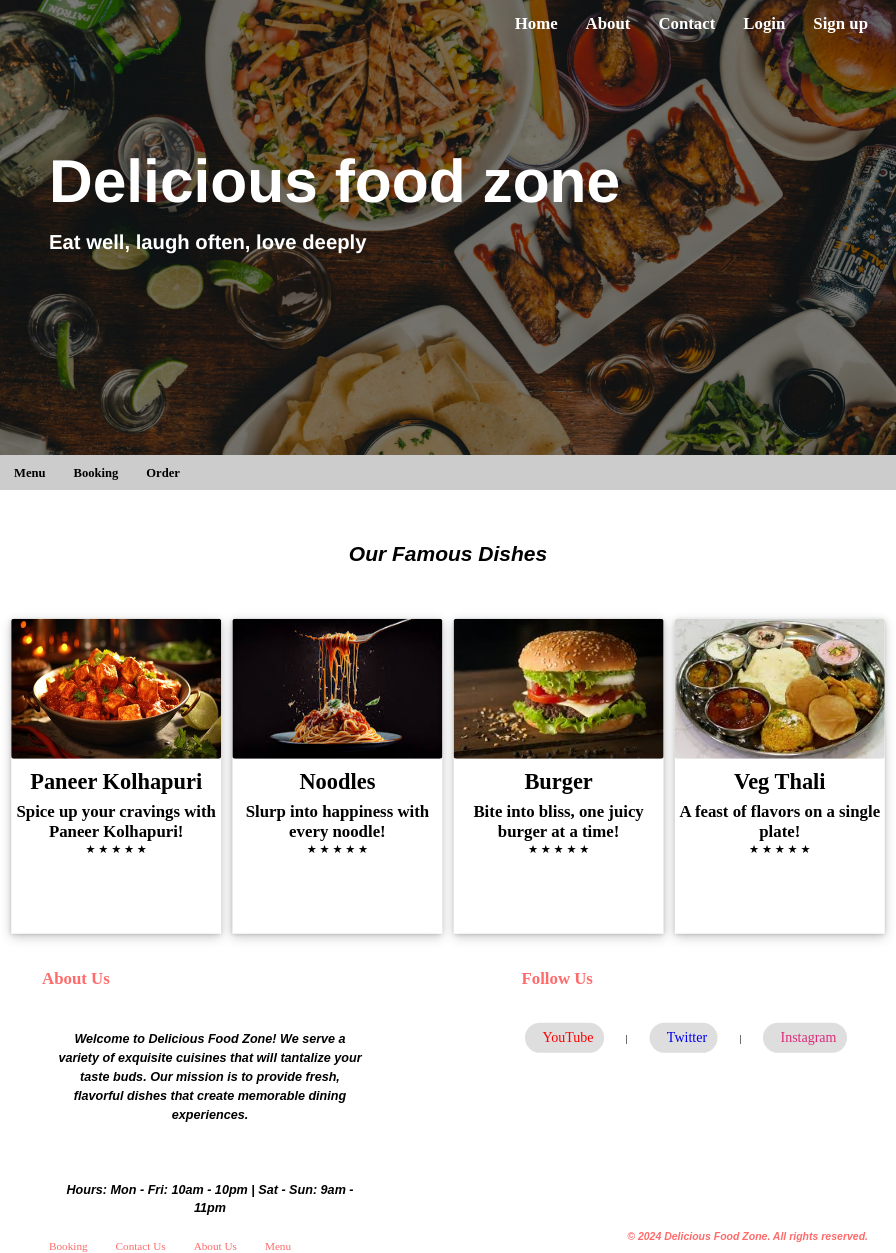
Repository: Shreya-Bonde/Restaurant-management-system
Page: index.html
An editor plug-in stored every save of this project. The page is shown before and after the next save, followed by the edit.
The browser window is 1280 px wide. The pictures show the whole page, at 70% of full size.

Above is the page before, as saved 2024-11-08 23:25:02.

### index.html
<!DOCTYPE html>
<html lang="en">
<head>
    <meta charset="UTF-8">
    <meta name="viewport" content="width=device-width, initial-scale=1.0">
    <title>Document</title>
    <link rel="stylesheet" href="style.css">
    <link rel="stylesheet" href="script.js">
</head>
<body>
    <header>
        <div class="banner-container">
                <nav class="navbar">
                    <ul>
                        <li><a href="#home">Home</a></li>
                        <li><a href="/about.html">About</a></li>
                        <li><a href="/contact.html">Contact</a></li>
                        <li><a href="/login.html">Login</a></li>
                        <li><a href="/sign.html">Sign up</a></li>
                    </ul>
                </nav>
                <div class="centered-text">
                    <h1>Delicious food zone</h1>
                    <h6>Eat well, laugh often, love deeply</h6>
                </div>
         </div>
         <div class="nav-bar">
            <nav>
                <a class="menu-btn" href="#famous-dishes" id="menu-link">Menu</a>
                <a class="menu-btn" href="/booking.html">Booking</a>
                <a class="menu-btn" href="order.html">Order</a>
            </nav>
         </div>
    </header>
        <p>Our Famous Dishes</p>
        <div id="famous-dishes" class="Flex">
            <div class="flex-item fitem1">
            <a href="/panner.html">
                <img src="paneer kolhapuri.jpg" alt="Paneer Kolhapuri">
                <h1>Paneer Kolhapuri</h1>
                <h2>Spice up your cravings with Paneer Kolhapuri!</h2>
            </a>
                <!-- <div class="rating">
                    <span class="star" data-value="5">&#9733;</span>
                    <span class="star" data-value="4">&#9733;</span>
                    <span class="star" data-value="3">&#9733;</span>
                    <span class="star" data-value="2">&#9733;</span>
                    <span class="star" data-value="1">&#9733;</span>
                </div> -->
                <div class="star-rating">
                    <span class="star" data-value="1">&#9733;</span>
                    <span class="star" data-value="2">&#9733;</span>
                    <span class="star" data-value="3">&#9733;</span>
                    <span class="star" data-value="4">&#9733;</span>
                    <span class="star" data-value="5">&#9733;</span>
                </div>
            </div>
            <div class="flex-item fitem2">
            <a href="/noodles.html">
                <img src="noodles1.jpg" alt="Noodles">
                <h1>Noodles</h1>
                <h2>Slurp into happiness with every noodle!</h2>
            </a>
                <div class="rating">
                    <span class="star" data-value="5">&#9733;</span>
                    <span class="star" data-value="4">&#9733;</span>
                    <span class="star" data-value="3">&#9733;</span>
                    <span class="star" data-value="2">&#9733;</span>
                    <span class="star" data-value="1">&#9733;</span>
                </div>
            </div>
            <div class="flex-item fitem3">
            <a href="/burger.html">
                <img src="burger.jpg" alt="Burger">
                <h1>Burger</h1>
                <h2>Bite into bliss, one juicy burger at a time!</h2>
            </a>
                <div class="rating">
                    <span class="star" data-value="5">&#9733;</span>
                    <span class="star" data-value="4">&#9733;</span>
                    <span class="star" data-value="3">&#9733;</span>
                    <span class="star" data-value="2">&#9733;</span>
                    <span class="star" data-value="1">&#9733;</span>
                </div>
            </div>
            <div class="flex-item fitem4">
            <a href="/veg.html">
                <img src="veg thali.jpg" alt="veg thali">
                <h1>Veg Thali</h1>
                <h2>A feast of flavors on a single plate!</h2>
            </a>
                <div class="rating">
                    <span class="star" data-value="5">&#9733;</span>
                    <span class="star" data-value="4">&#9733;</span>
                    <span class="star" data-value="3">&#9733;</span>
                    <span class="star" data-value="2">&#9733;</span>
                    <span class="star" data-value="1">&#9733;</span>
                </div>
            </div>
        </div>


    <footer class="footer">
        <div class="footer-container">
            <div class="footer-about">
                <h2>About Us</h2>
                <p>
                    Welcome to Delicious Food Zone! We serve a variety of exquisite cuisines that will tantalize your taste buds. Our mission is to provide fresh, flavorful dishes that create memorable dining experiences.
                </p>
                <p>Hours: Mon - Fri: 10am - 10pm | Sat - Sun: 9am - 11pm</p>
            </div>



            <div class="footer-social">
                <h2>Follow Us</h2>
                <div class="social-icons">
                    <a href="https://www.facebook.com/yourrestaurant" target="_blank" aria-label="Facebook"><i class="fab fa-facebook-f"></i></a>
                    <a href="https://twitter.com/yourrestaurant" target="_blank" aria-label="Twitter"><i class="fab fa-twitter"></i></a>
                    <a href="https://www.instagram.com/yourrestaurant" target="_blank" aria-label="Instagram"><i class="fab fa-instagram"></i></a>
                    <a href="https://www.tripadvisor.com/Restaurant_Review-g1234567-d12345678-Your_Restaurant_Name" target="_blank" aria-label="TripAdvisor"><i class="fab fa-tripadvisor"></i></a>
                </div>

                <div class="sm-handle">
                    <a href="http://www.youtube.com/amandhattarwal" target="_blank" class="yt_handle"
                     rel="noopener noreferrer"> <i class="fa fa-youtube fa-lg yt_handle"></i>YouTube</a>&nbsp;&nbsp;|&nbsp;&nbsp;
                <a href="http://www.linkedin.com/in/dhatterwalaman" target="_blank" class="linkedin_handle"
                rel="noopener noreferrer"> <i class="fa fa-linkedin fa-lg linkedin_handle"></i>Twitter</a>&nbsp;&nbsp;|&nbsp;&nbsp;
                <a href="http://www.instagram.com/dhattarwalaman" target="_blank" class="insta_handle"
                 rel="noopener noreferrer"> <i class="fa fa-instagram fa-lg insta_handle"></i>Instagram</a>

                </div>
            </div>

            <div class="footer-bottom">
                <p>&copy; 2024 Delicious Food Zone. All rights reserved.</p>
            </div>

            <div class="footer-links">
                <a href="#famous-dishes">Menu</a>
                 <a href="about.html">About Us</a>
                 <a href="contact.html">Contact Us</a>
                 <a href="booking.html">Booking</a>
            </div>
        </div>



    </footer>
    <script src="script1.js"></script>
</body>
</html>

### style.css
* {
    box-sizing: border-box;
    margin: 0;
    padding: 0;
}
.banner-container {
    background-image: url(background1.jpg);
    background-repeat: no-repeat;
    background-size: cover;
    position: relative;
    width: 100%;
    height: 650px;
}
.navbar {
    position: absolute;
    top: 0;
    right: 0;
    padding: 20px;
}
.centered-text {
    position: absolute;
    top: 30%;
    left: 70px;
    color: white;
    line-height: 1.5;
    font-weight: bold;
    font-size: 2.7rem;
    font-family: 'Franklin Gothic Medium', 'Arial Narrow', Arial, sans-serif;
}
h6 {
    justify-content: center;
    margin-bottom: 20px;
}
nav ul {
    list-style-type: none;
    margin: 0;
    padding: 0;
    display: flex;
    justify-content: right;
    font-size: 1.5rem;
}
nav ul li {
    margin: 0 20px;
}
nav ul li a {
    color: white;
    text-decoration: none;
    font-weight: bold;
}
nav ul li a:hover {
    text-decoration: underline;
}
.nav-bar {
    display: flex;
    background-color: #cccccc;
    height: 50px;
    background-attachment: fixed;
}
.menu-btn {
    display: block;
    float: left;
    color: black;
    text-align: center;
    text-decoration: none;
    padding: 15px 20px;
    position: sticky;
    font-weight: bold;
    font-size: large;
}
.menu-btn:hover {
    background-color: #ddd;
    color: black;
}
.Flex {
    width: 100%;
    display: flex;
    flex-wrap: wrap;
    box-sizing: gray;
    align-items: center;
    justify-content: space-evenly;
}
.flex-item {
    box-shadow: 0 2px 6px 0 rgba(0,0,0,0.2), 0 4px 16px 0 rgba(0,0,0,0.2);
    margin: 0;
    padding: 0;
}
.flex-item img {
 width: 100%;
 object-fit: fill;
}
.flex-item {
    margin-top: 20px;
    margin-bottom: 30px;
    display: inline-block;
    background-color: white;
    width: 300px;
    height: 450px;
    text-align: center;
}
.flex-item:hover {
    transform: scale(1.05);
}
img {
    width: 100%;
    height: 200px;
    object-fit: fill;
    border-radius: 4px;
}
p {
    text-align: center;
    font-size: 30px;
    font-weight: bold;
    font-style: oblique;
    font-family: Arial, Helvetica, sans-serif;
    padding: 50px 20px 30px;
    text-decoration: none;
    margin-top: 25px;
    margin-bottom: 25px;
}
.flex-item h2 {
    line-height: 1.2;
}
.flex-item h1 {
    padding-top: 10px;
    padding-bottom: 10px;
}

.flex-item a {
    text-decoration: none;
    color: inherit; /* Keep the text color same as parent */
    display: block; /* Make the entire flex item block clickable */
}

.flex-item a:hover {
    color: inherit; /* Ensure hover doesn't change the text color */
}

.flex-item:hover {
    transform: scale(1.05);
}


/* Star rating styles */
/* .rating {
    display: flex;
    justify-content: center;
    margin-top: 35px;
}

.rating .star {
    font-size: 30px;
    cursor: pointer;
    color: #ccc; /* Default star color */
    /* transition: color 0.2s ease;
} */

/* .rating .star:hover,
.rating .star.active { */
    /* color: #ffcc00; Star color on hover and when active */
/* } */

/* "selected" stars keep the color yellow even after hover */
/* .rating .star.selected { */
    /* color: #ffcc00; Permanent yellow color after selection */
/* } */ */


footer {
    background-color: #282828;
    color: #fff;
    padding: 40px 20px;
    text-align: center;
    font-family: 'Arial', sans-serif;
}

.footer-container {
    display: flex;
    position: relative;
    justify-content: space-between;
    flex-wrap: wrap;
    max-width: 1200px;
    margin: 0 auto;
    padding: 20px;
}

.footer-about,
.footer-links,
.footer-social {
    flex: 1;
    min-width: 250px;
}

.footer-about h2,
.footer-links h2,
.footer-social h2 {
    color: #ff6b6b;
    margin-bottom: 10px;
}

.footer-about p {
    text-decoration: none;
    line-height: 1.5;
    font-size: 18px;
    margin: 0;
}
.footer-links {
    position: absolute;
    bottom: 0;
    left: 10px;
    margin-top: 0px; /* Add some space above the links */
    padding-left: 0;
}

.footer-links a {
    display: block;
    float: right;
    color: white;
    text-align: center;
    text-decoration: none;
    padding: 0 20px;
    margin-left: 0;
    position: sticky;
    color: #ff6b6b;
    text-decoration: none;
    transition: color 0.3s ease;
}

.footer-links a:hover {
    color: #fff;
}
/* .footer-links a { */
    /* display: inline-block; */
    /* margin-right: 10px; Spacing between the links */
    /* text-decoration: none; */
    /* color: #333; You can change the color if needed */
/* } */

/* .footer-links a:hover { */
    /* color: #007BFF; Hover effect on links */
/* } */
.footer-social {
    margin-left: 200px; /* Adjust this value to shift further or less */
}
.footer-social .social-icons {
    display: flex;
    justify-content: center;
    margin-top: 10px;
}
.footer-social h2 {
    margin-bottom: 35px;
    margin-left: 5px; /* Adjust this value to control the shift */
}
.footer-social .social-icons a {
    color: #ff6b6b;
    margin-left: 10px;
    font-size: 24px;
    transition: color 0.3s ease;
}

.footer-social .social-icons a:hover {
    color: #fff;
}
.sm-handle {
    display: flex;          /* Use flexbox to align items horizontally */
    flex-wrap: nowrap;      /* Prevent items from wrapping to the next line */
    justify-content: space-between; /* Add space between items */
    align-items: center;    /* Center them vertically */
    margin-top: 10px;       /* Add some space above the sm-handle */
}
.sm-handle a {
    background-color: rgb(125 125 125 / 25%);
    padding: 10px 15px;
    border-radius: 30px;
    margin: 5px 10px;
    text-decoration: none;
    font-size: 1.25em;
}

.sm-handle a:hover {
    background-color: rgb(30 30 30 / 25%);
}

.sm-handle a i {
    margin: 5px;
}
.yt_handle {
    color: #FF0000;
}

.twitter_handle {
    color: #48b7ea;
}

.insta_handle {
    color: #dd2a7b;
}

.footer-bottom {
    position: absolute; /* Position the copyright notice */
    bottom: 10px; /* Align near the bottom */
    right: 0; /* Align to the rightmost corner */
    color: #ff6b6b; /* Same color as the links */

}

.footer-bottom p {
    margin: 0; /* Remove margin */
    padding: 5px 0; /* Add some padding */
    font-size: 15px;
    right: 0;
    margin-left: 0;
}

/* Responsive styling */
@media (max-width: 768px) {
    .flex-item {
        width: 100%; /* Full width on smaller screens */
        margin-bottom: 20px;
    }
}

### script.js
document.addEventListener('DOMContentLoaded', function () {
    const stars = document.querySelectorAll('.star');

    stars.forEach(star => {
        // Click event to set the rating permanently
        star.addEventListener('click', function () {
            const rating = this.getAttribute('data-value');

            // Remove selected class from all stars
            stars.forEach(s => s.classList.remove('selected'));

            // Add selected class to the clicked star and all previous stars
            this.classList.add('selected');
            let previous = this.previousElementSibling;
            while (previous) {
                previous.classList.add('selected');
                previous = previous.previousElementSibling;
            }
        });

        // Hover effect to preview rating
        star.addEventListener('mouseover', function () {
            // Remove active class from all stars (hover preview effect)
            stars.forEach(s => s.classList.remove('active'));

            // Add active class to hovered star and all previous stars
            this.classList.add('active');
            let previous = this.previousElementSibling;
            while (previous) {
                previous.classList.add('active');
                previous = previous.previousElementSibling;
            }
        });

        // Remove hover effect but retain the selected stars
        star.addEventListener('mouseout', function () {
            // Remove active class from all stars (clear hover effect)
            stars.forEach(s => s.classList.remove('active'));

            // Re-apply selected class to keep stars yellow after rating
            stars.forEach(s => {
                if (s.classList.contains('selected')) {
                    s.classList.add('active');
                }
            });
        });
    });
});

### script1.js
// Highlight stars based on clicks
function highlightStars(event) {
    const stars = event.currentTarget.querySelectorAll('.star');
    const selectedValue = event.target.getAttribute('data-value');

    stars.forEach((star) => {
        if (star.getAttribute('data-value') <= selectedValue) {
            star.classList.add('selected'); // Add a class to highlight the star
        } else {
            star.classList.remove('selected'); // Remove highlight from unselected stars
        }
    });
}

After the next save:
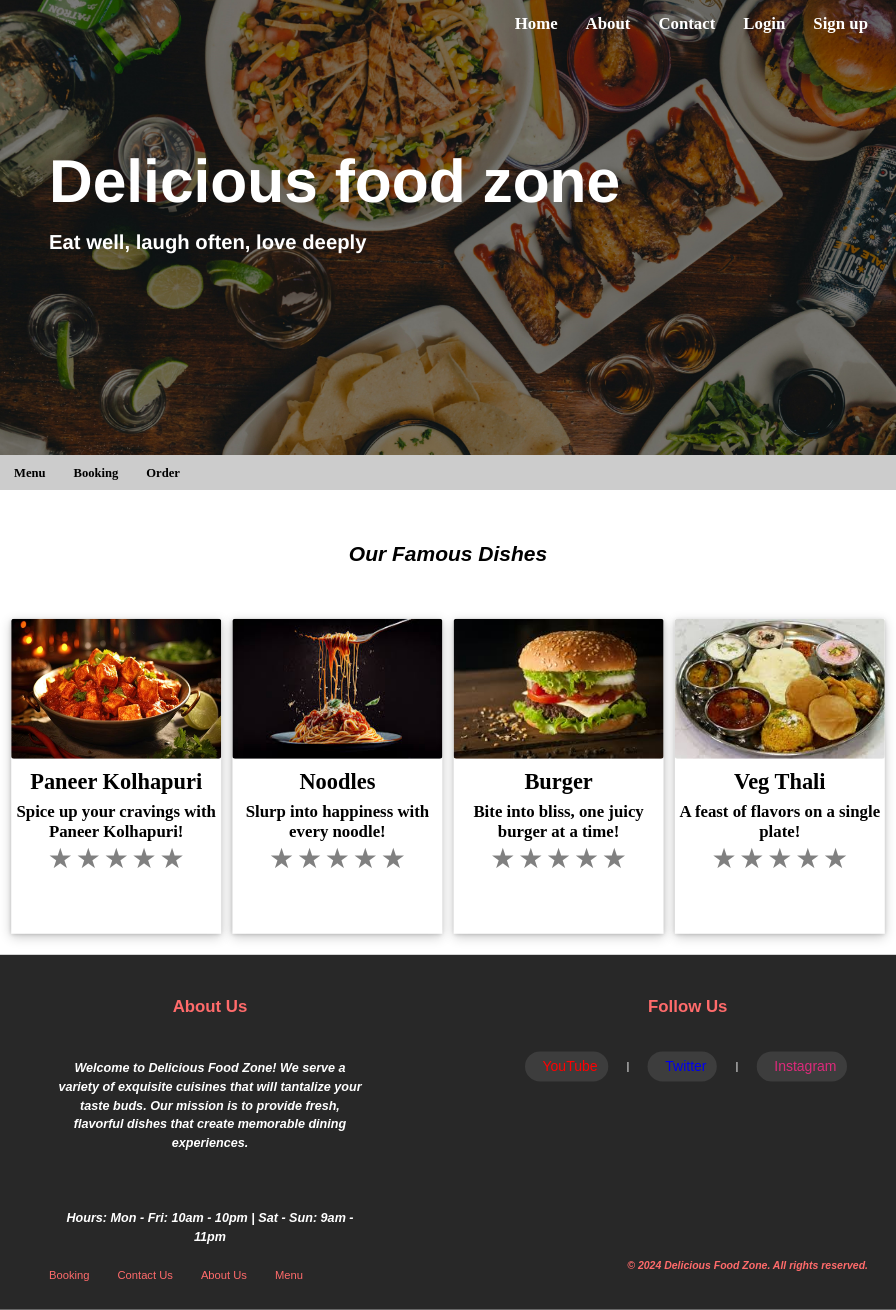
Saved 15 s later.
--- a/style.css
+++ b/style.css
@@ -163,7 +163,22 @@ p {
 /* .rating .star.selected { */
     /* color: #ffcc00; Permanent yellow color after selection */
 /* } */ */
-
+.star-rating {
+    display: flex;
+    justify-content: center;
+    align-items: center;
+    gap: 5px;
+}
+.star {
+    font-size: 40px;
+    color: gray;
+    cursor: pointer;
+    transition: color 0.2s;
+}
+.star.hovered,
+.star.checked {
+    color: #FFD700; /* Gold color */
+}
 
 footer {
     background-color: #282828;
